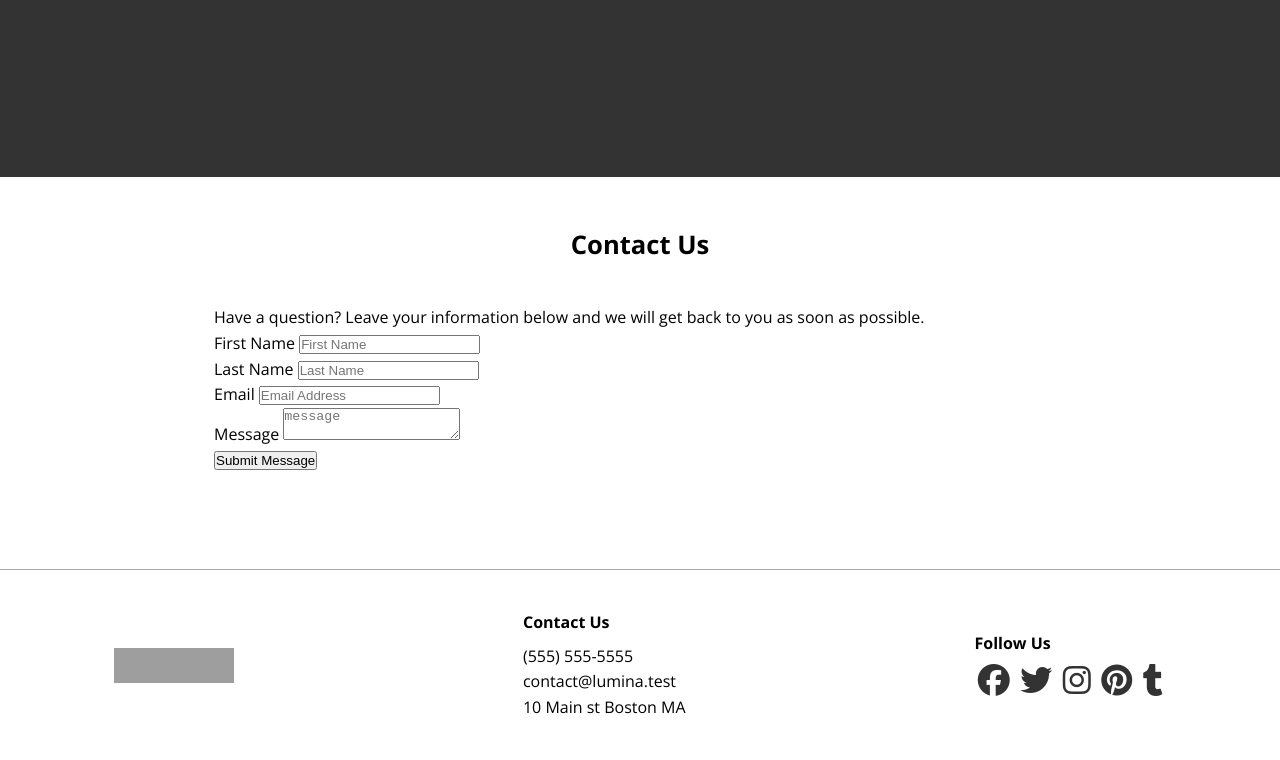
Repository: AchrafAzzaoui/lumina-creative-html-css-project
Page: lumina-creative/contact.html
An editor plug-in stored every save of this project. The page is shown before and after the next save, followed by the edit.
The browser window is 1280 px wide. The pictures show the part of the page from y = 469 to 1421 px (the page is 1229 px tall before and 1421 px after).
Pictures or frames that could not be fetched are drawn as grey boxes. A picture or video elsewhere on the page could not be fetched, so the positions and the page height are approximate. Some web libraries are served in a nearby version.

Above is the page before, as saved 2024-08-22 22:21:57.

### lumina-creative/contact.html
<!DOCTYPE html>
<html lang="en">
  <head>
    <meta charset="UTF-8" />
    <meta name="viewport" content="width=device-width, initial-scale=1.0" />
    <title>Document</title>
  </head>
  <body>
    <!DOCTYPE html>
    <html lang="en">
      <head>
        <meta charset="UTF-8" />
        <meta name="viewport" content="width=device-width, initial-scale=1.0" />
        <title>Contact Lumina Creative</title>
        <link rel="preconnect" href="https://fonts.googleapis.com" />
        <link rel="preconnect" href="https://fonts.gstatic.com" crossorigin />
        <link
          rel="stylesheet"
          href="https://cdnjs.cloudflare.com/ajax/libs/font-awesome/6.6.0/css/all.min.css"
          integrity="sha512-Kc323vGBEqzTmouAECnVceyQqyqdsSiqLQISBL29aUW4U/M7pSPA/gEUZQqv1cwx4OnYxTxve5UMg5GT6L4JJg=="
          crossorigin="anonymous"
          referrerpolicy="no-referrer"
        />
        <link
          href="https://fonts.googleapis.com/css2?family=Open+Sans:ital,wght@0,300..800;1,300..800&display=swap"
          rel="stylesheet"
        />
        <link rel="stylesheet" href="css/styles.css" />
        <link rel="icon" href="images/favicon.ico" />
      </head>
      <body>
        <header class="header">
          <div class="container container-sm header-flex">
            <img src="images/logo.png" alt="Lumina Creative" class="logo" />
            <nav>
              <ul class="main-menu">
                <li><a href="index.html">Home</a></li>
                <li><a href="about.html">About</a></li>
                <li><a class="current" href="contact.html">Contact</a></li>
              </ul>
            </nav>
          </div>
        </header>

        <section class="hero bg-dark">
          <div class="container container-sm">
            <h2>
              <span class="bg-primary">Enthusiastic</span> thinkers, creating
              unique endeavors powered by
              <span class="bg-primary">creativity</span>
            </h2>
          </div>
        </section>

        <section class="contact">
          <div class="container container-sm">
            <h2 class="section-heading">Contact Us</h2>
            <p>
              Have a question? Leave your information below and we will get back
              to you as soon as possible.
            </p>
            <form>
              <div class="form-group">
                <label for="first-name" class="visually-hidden"
                  >First Name</label
                >
                <input
                  id="first-name"
                  name="first-name"
                  type="text"
                  placeholder="First Name"
                />
              </div>
              <div class="form-group">
                <label for="last-name" class="visually-hidden">Last Name</label>
                <input
                  id="last-name"
                  name="last-name"
                  type="text"
                  placeholder="Last Name"
                />
              </div>
              <div class="form-group">
                <label for="email" class="visually-hidden">Email</label>
                <input
                  id="email"
                  name="email"
                  type="email"
                  placeholder="Email Address"
                />
              </div>
              <div class="form-group">
                <label for="message" class="visually-hidden">Message</label>
                <textarea
                  type="text"
                  id="message"
                  name="message"
                  placeholder="message"
                ></textarea>
              </div>
              <div class="form-group">
                <button type="submit" class="btn">Submit Message</button>
              </div>
            </form>
          </div>
        </section>

        <footer class="footer">
          <div class="container footer-flex">
            <img src="images/logo.png" alt="Lumina Creative" />
            <div>
              <h4>Contact Us</h4>
              <ul>
                <li>(555) 555-5555</li>
                <li>contact@lumina.test</li>
                <li>10 Main st Boston MA</li>
              </ul>
            </div>
            <div>
              <h4>Follow Us</h4>
              <a href="#"><i class="fab fa-facebook fa-2x"></i></a>
              <a href="#"><i class="fab fa-twitter fa-2x"></i></a>
              <a href="#"><i class="fab fa-instagram fa-2x"></i></a>
              <a href="#"><i class="fab fa-pinterest fa-2x"></i></a>
              <a href="#"><i class="fab fa-tumblr fa-2x"></i></a>
            </div>
          </div>
        </footer>
      </body>
    </html>
  </body>
</html>

### lumina-creative/css/styles.css
* {
  margin: 0;
  padding: 0;
  box-sizing: border-box;
}

:root {
  --primary-color: #fcf5e9;
  --container-normal: 1100px;
  --container-wide: 1400px;
  --container-narrow: 900px;
  --dark-color: #333;
}

body {
  font-family: "Open Sans", sans-serif;
  line-height: 1.6;
}
a {
  text-decoration: none;
  color: #333;
}
ul {
  list-style: none;
}
img {
  max-width: 100%;
}
/* utility classes */

.bg-primary {
  background-color: var(--primary-color);
  color: #333;
}

.bg-dark {
  background: var(--dark-color);
  color: white;
}

.section-heading {
  font-size: 1.6rem;
  text-align: center;
  margin-bottom: 40px;
}

.bg-dark .bg-primary {
  padding: 0 0.3rem;
}
/* Container */

.container {
  max-width: var(--container-normal);
  margin: 0 auto;
  padding: 0 1.5rem;
}

.container-lg {
  max-width: var(--container-wide);
}

.container-sm {
  max-width: var(--container-narrow);
}

/* Header */
.header {
  margin: 1.5rem auto;
}
.header .logo {
  width: 130px;
}

.header .header-flex {
  display: flex;
  justify-content: space-between;
  align-items: center;
}

.header .main-menu {
  display: flex;
  gap: 1rem;
}

.header .main-menu a {
  padding: 0.5rem 1rem;
}

.header .main-menu a:hover {
  background-color: var(--primary-color);
}

.current {
  background-color: var(--primary-color);
  font-weight: 600;
}

/* Hero */
.hero {
  height: 500px;
  display: flex;
  flex-direction: column;
  justify-content: center;
  align-items: center;
  text-align: center;
}

.hero h2 {
  font-size: 3rem;
  line-height: 1.4;
  font-weight: normal;
}
/* Photo gallery */
.gallery-flex {
  display: flex;
  justify-content: center;
  flex-wrap: wrap;
  gap: 20px;
}
.gallery-item {
  width: calc(33.333% - 20px);
  border-radius: 10px;
}
.gallery-item img {
  border-radius: 10px;
}

.gallery-item:hover {
  opacity: 0.9;
}

/* footer styles */
.footer {
  border-top: 1px solid #aaa;
  padding: 2.5rem 1.5rem;
  margin-top: 2rem;
}

.footer-flex {
  display: flex;
  justify-content: space-between;
  align-items: center;
}

.footer img {
  width: 120px;
  height: 35px;
}

.footer h4 {
  font-size: 1rem;
  margin-bottom: 0.5rem;
}
.footer a {
  margin: 0.2rem;
}

/* Services */
.services {
  padding: 3rem 0 4rem;
}
.services-flex {
  display: flex;
  gap: 2rem;
}
.service-item h4 {
  font-size: 1.5rem;
}
/* Team */
.team {
  padding: 3rem 0px 4rem;
}

.team-flex {
  display: flex;
  gap: 1.4rem;
}

.team img {
  border-radius: 10px;
}

/* Contact */
.contact {
  padding: 3rem 0px 4rem;
}

/* Media Queries */

@media (max-width: 768px) {
  .header .header-flex,
  .footer .footer-flex,
  .services-flex,
  .team-flex {
    flex-direction: column;
    gap: 1.5rem;
  }
  .hero {
    height: 300px;
  }

  .hero h2 {
    font-size: 1.8rem;
  }

  .gallery-item {
    width: calc(50% - 20px);
  }
  .footer .footer-flex {
    text-align: center;
  }
}

After the next save:
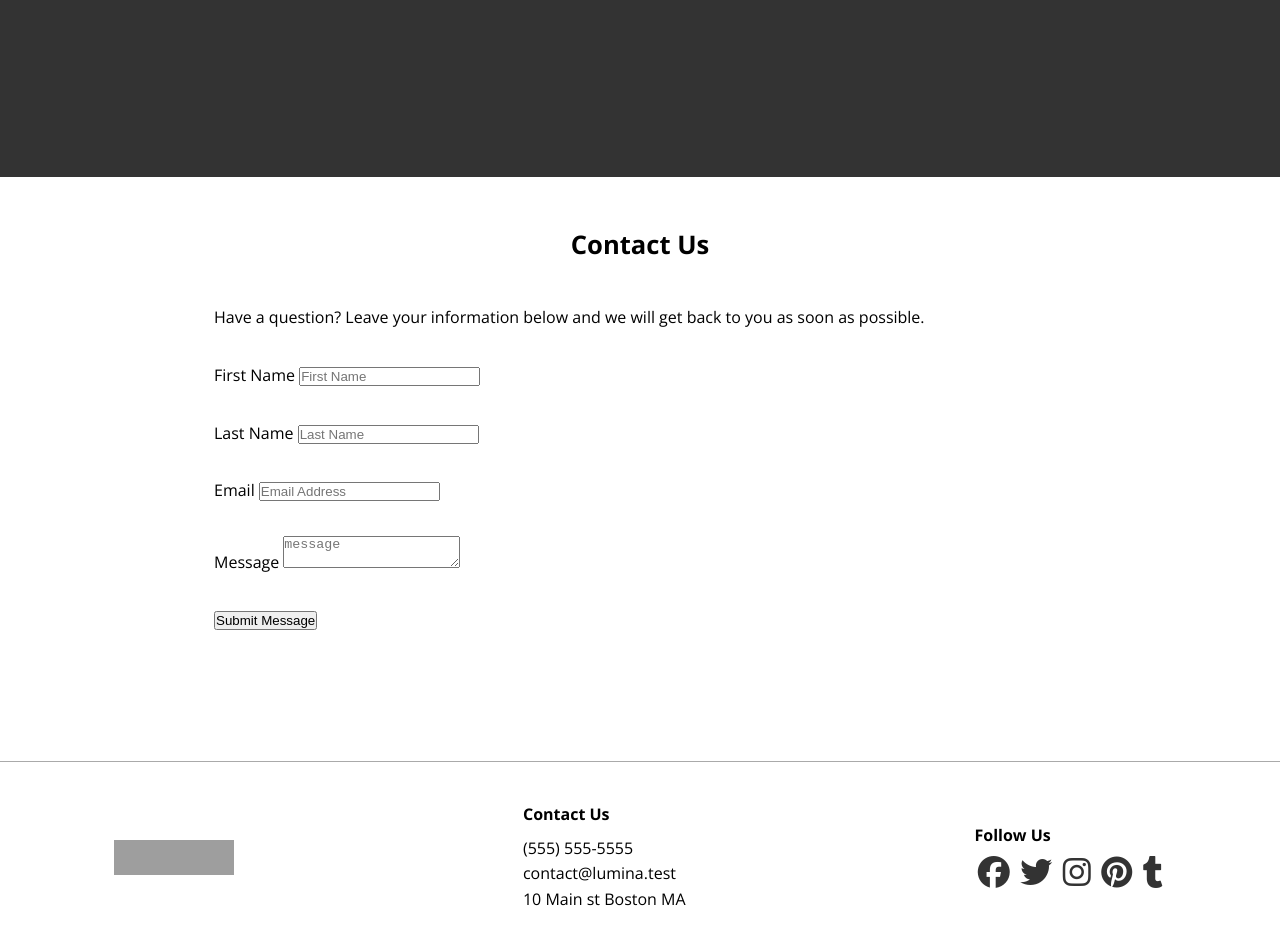
Saved 29 s later.
--- a/lumina-creative/css/styles.css
+++ b/lumina-creative/css/styles.css
@@ -183,6 +183,13 @@ img {
 /* Contact */
 .contact {
   padding: 3rem 0px 4rem;
+}
+.contact p {
+  text-align: 0;
+  margin-bottom: 2rem;
+}
+.form-group {
+  margin: 2rem 0;
 }
 
 /* Media Queries */
